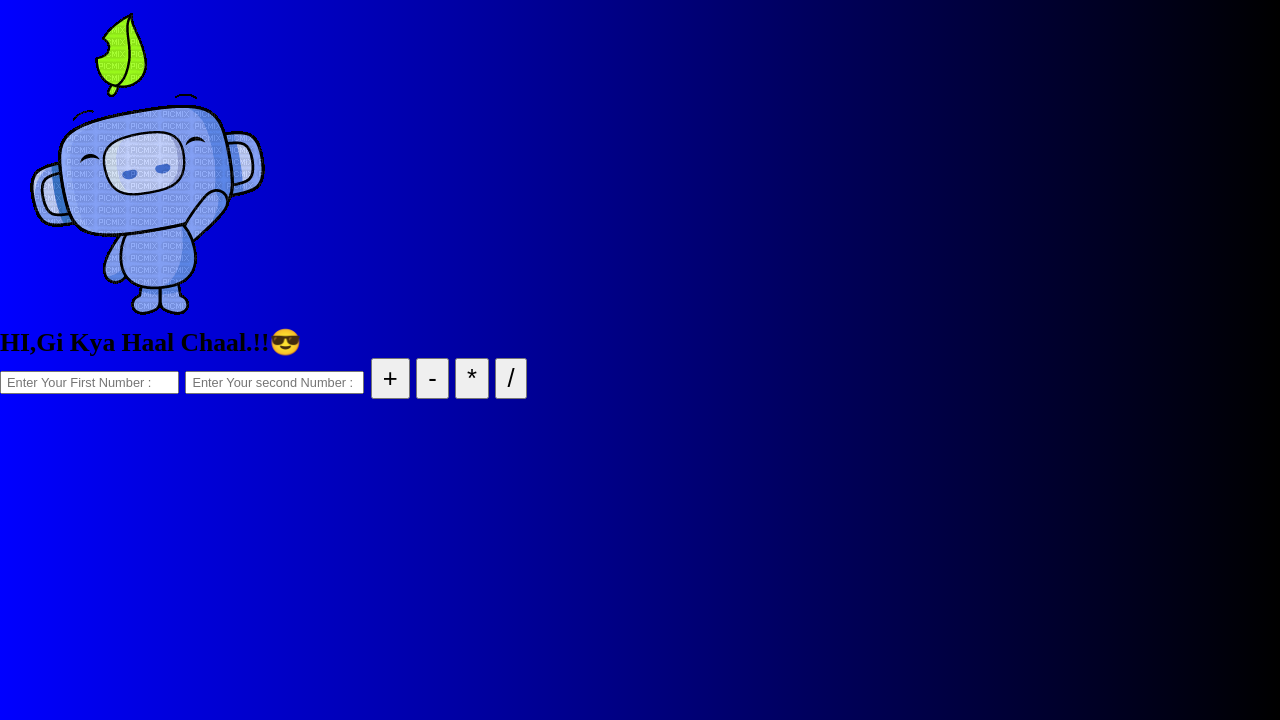
Repository: Deepak-Mane1902/simple-Calculator-using-JSP-Servlet
Page: http://localhost/webProject/
An editor plug-in stored every save of this project. The page is shown before and after the next save, followed by the edit.
The browser window is 1280 px wide. The pictures show the whole page.
The page is served by Tomcat 9. Other server files are loaded and not shown.

Above is the page before, as saved 2024-12-15 06:45:03.

### webProject/src/main/webapp/index.html
<!DOCTYPE html>
<html>
<head>
<meta charset="UTF-8">
<title>Insert title here</title>
<link rel="stylesheet" href="style.css" >
</head>
<body>
<main>
<img src="images/gip.gif" />
<h1>HI,Gi Kya Haal Chaal.!!😎</h1>
<form>
<input name="firstNum" placeholder="Enter Your First Number : " required/>
<input name="secondNum" placeholder="Enter Your second Number : " required/>
<button>+</button>
<button>-</button>
<button>*</button>
<button>/</button>

</form>
</main>
</body>
</html>

### webProject/src/main/webapp/style.css
*{
	margin:0;
	padding:0;
	font-size:2vw;
}
html,body{
	width:100%;
	height:100%;
		background:linear-gradient(to right, blue,black);
}
main{

}
img{
	width:25%;
}
h1{
	position:relative;
}
input{
	font-size:1vw;
	padding:2px 5px;
}
button{
	text-align:center;
	padding: 4px 10px;
}

After the next save:
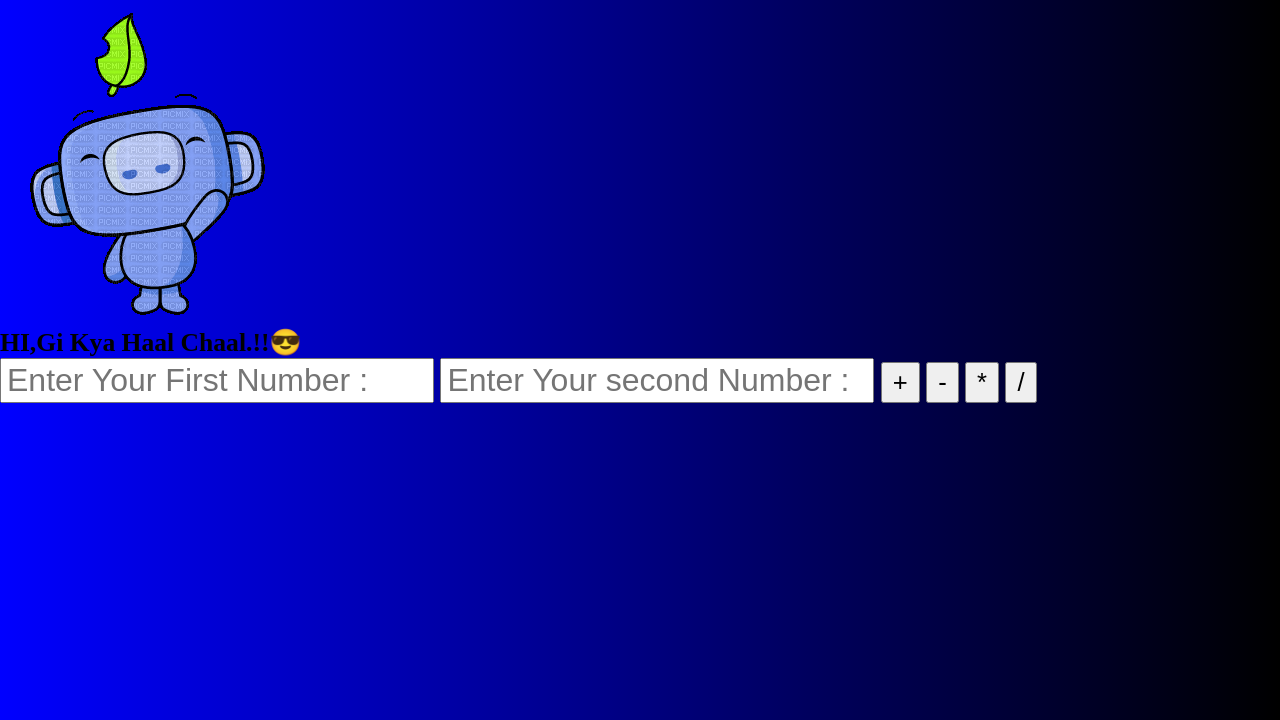
Saved 11 s later.
--- a/webProject/src/main/webapp/style.css
+++ b/webProject/src/main/webapp/style.css
@@ -18,7 +18,7 @@
 	position:relative;
 }
 input{
-	font-size:1vw;
+	font-size:2.5vw;
 	padding:2px 5px;
 }
 button{
